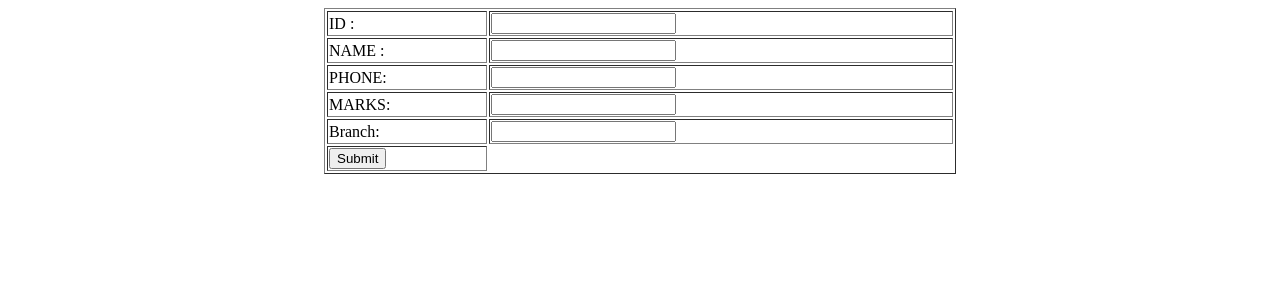
Repository: MayuriShinde124/Mayuri_20136571
Page: Question2StudentRegistrationPage/src/main/webapp/Registration.html
An editor plug-in stored every save of this project. The page is shown before and after the next save, followed by the edit.
The browser window is 1280 px wide. The pictures show the whole page.

Above is the page before, as saved 2023-07-11 07:36:27.

After the next save:
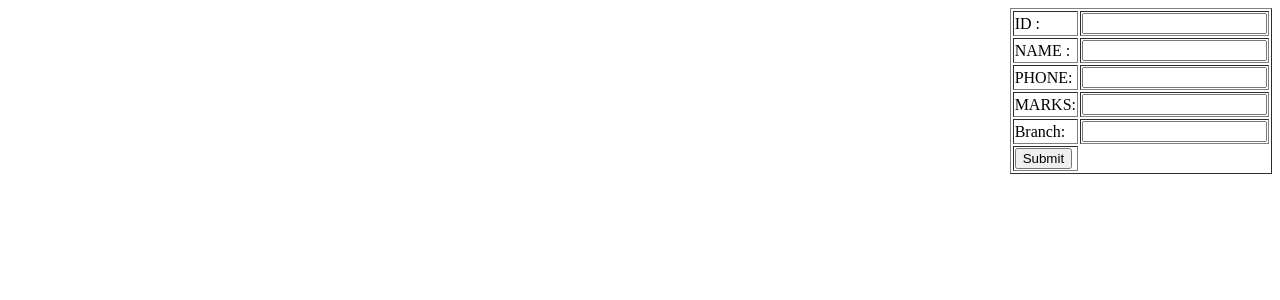
Saved 15 s later.
--- a/Question2StudentRegistrationPage/src/main/webapp/Registration.html
+++ b/Question2StudentRegistrationPage/src/main/webapp/Registration.html
@@ -9,7 +9,7 @@
 
 <form action="Register">
 <table border="1" style="margin-left: auto;
-  margin-right: auto;width:50%">
+  margin-right:">
 <tr>
 <td>
 ID :
